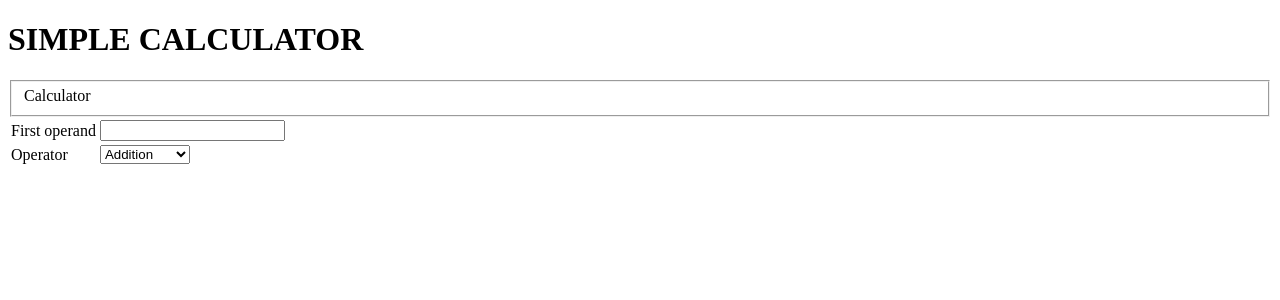
Repository: NGUYEN112/Module2
Page: http://localhost/
An editor plug-in stored every save of this project. The page is shown before and after the next save, followed by the edit.
The browser window is 1280 px wide. The pictures show the whole page.
The page is run by PHP 8.4 with error messages shown; the project is at /var/www/html/.

Above is the page before, as saved 2021-01-18 11:48:49.

After the next save:
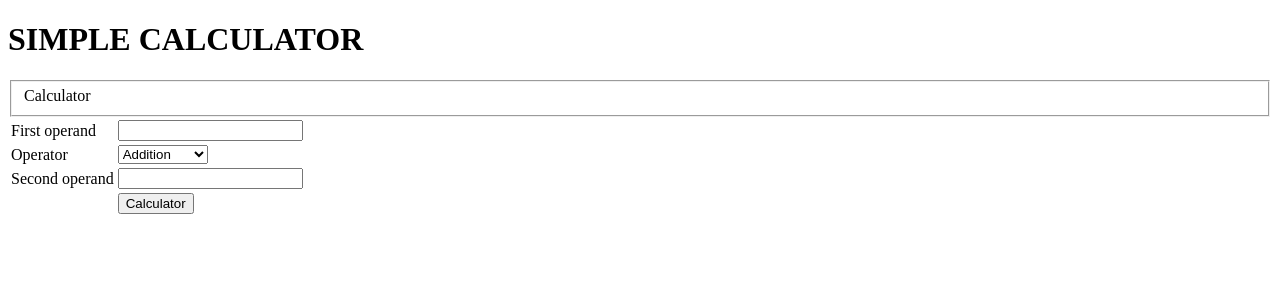
Saved 108 s later.
--- a/bai8-calculator/index.php
+++ b/bai8-calculator/index.php
@@ -1,32 +1,42 @@
 <!DOCTYPE html>
 <html lang="en">
+
 <head>
     <meta charset="UTF-8">
     <meta name="viewport" content="width=device-width, initial-scale=1.0">
     <title>Document</title>
 </head>
+
 <body>
-<h1>SIMPLE CALCULATOR</h1>
+    <h1>SIMPLE CALCULATOR</h1>
     <form method="post">
-    <fieldset>Calculator</fieldset>
-    <table>
-    <div>
-        <tr>
-        <td>First operand</td>
-        <td><input type="number" name="operand"></td>
-        </tr>
-        <tr>
-        <td>Operator</td>
-        <td><select>
-            <option value="addition">Addition</option>
-            <option value="subtraction">Subtraction</option>
-            <option value="multive">Multive</option>
-            <option value="dimession">Dimession</option>
-        </select></td>
-        </tr>
-        <tr></tr>
-    </div>
-    </table>
+        <fieldset>Calculator</fieldset>
+        <table>
+            <div>
+                <tr>
+                    <td>First operand</td>
+                    <td><input type="number" name="operand"></td>
+                </tr>
+                <tr>
+                    <td>Operator</td>
+                    <td><select>
+                            <option value="addition">Addition</option>
+                            <option value="subtraction">Subtraction</option>
+                            <option value="multive">Multive</option>
+                            <option value="dimession">Dimession</option>
+                        </select></td>
+                </tr>
+                <tr>
+                    <td>Second operand</td>
+                    <td><input type="number" name="operand"></td>
+                </tr>
+                <tr>
+                    <td></td>
+                    <td><input type="submit" value="Calculator"></td>
+                </tr>
+            </div>
+        </table>
     </form>
 </body>
+
 </html>
